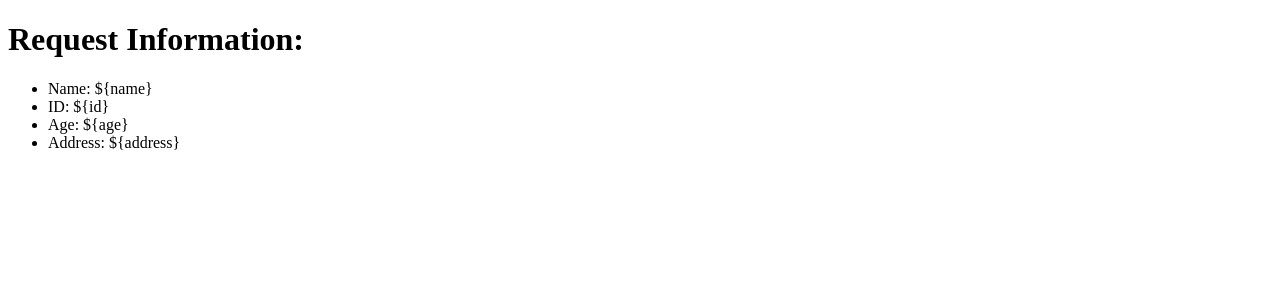
Repository: mangeshdhande70/iNeuron_Assignment
Page: QP-15/src/main/webapp/info.html
The author's editor kept a copy of each file at every save. The page is drawn from the files as they stood at one save, then again after the next save.
The browser window is 1280 px wide. The pictures show the whole page.

Above is the page before, as saved 2023-05-14 06:14:03.

### QP-15/src/main/webapp/info.html
<!DOCTYPE html>
<html>
<head>
	<title>Request Information</title>
</head>
<body>
	<h1>Request Information:</h1>
	<ul>
		<li>Name: ${name}</li>
		<li>ID: ${id}</li>
		<li>Age: ${age}</li>
		<li>Address: ${address}</li>
	</ul>
</body>
</html>

After the next save:
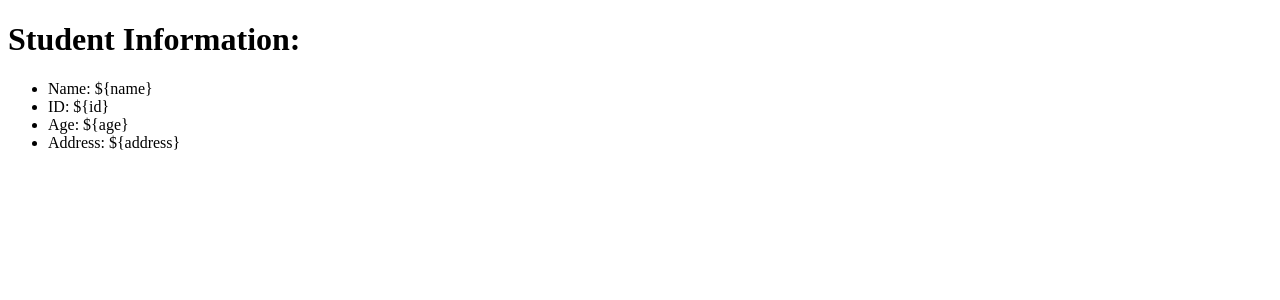
Saved 12 s later.
--- a/QP-15/src/main/webapp/info.html
+++ b/QP-15/src/main/webapp/info.html
@@ -4,7 +4,7 @@
 	<title>Request Information</title>
 </head>
 <body>
-	<h1>Request Information:</h1>
+	<h1>Student Information:</h1>
 	<ul>
 		<li>Name: ${name}</li>
 		<li>ID: ${id}</li>
